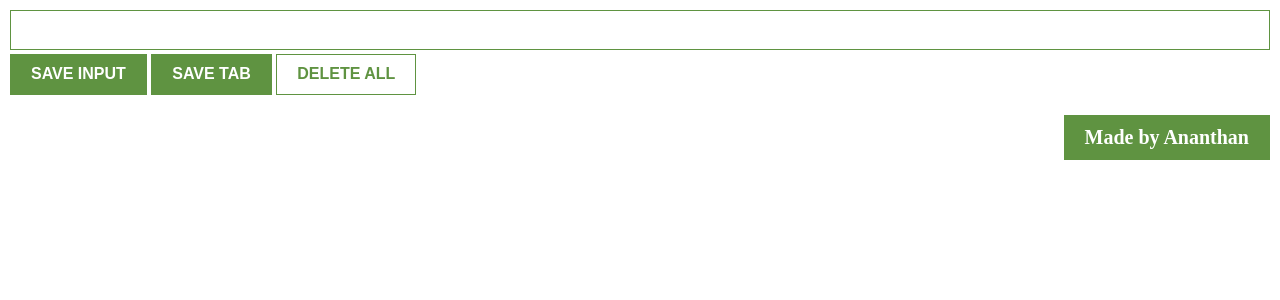
Repository: ananthantharma/Chrome-Extension
Page: index.html
The author's editor kept a copy of each file at every save. The page is drawn from the files as they stood at one save, then again after the next save.
The browser window is 1280 px wide. The pictures show the whole page.

Above is the page before, as saved 2022-07-20 23:19:13.

### index.html
<html>
    <head><link rel="stylesheet" href="https://cdnjs.cloudflare.com/ajax/libs/normalize/8.0.1/normalize.css">
        <link rel="stylesheet" href="index.css">

    </head>
    <body>
        <input type="text" id="input-el">
        <button id="input-btn">SAVE INPUT</button>
        <button id="tab-btn">SAVE TAB</button>
        <button id="delete-btn">DELETE ALL</button>
        <ul id="ul-el">
        </ul>
        <script src="index.js"></script>
    </body>
    <footer>
        <button id="ananthanMessage">Made by Ananthan</button>
    </footer>
</html>

### index.css
body {
    margin: 0;
    padding: 10px;
    font-family: Arial, Helvetica, sans-serif;
    min-width: 400px;
}
footer{
    font-family: 'Brush Script MT', cursive;
    font-size:20px;
    font-style:none;
    font-weight: normal;
    color: #5f9341;
    text-align: right;
}
input {
    width: 100%;
    padding: 10px;
    box-sizing: border-box;
    border: 1px solid #5f9341;
    margin-bottom: 4px;
}

button {
    background: #5f9341;
    color: white;
    padding: 10px 20px;
    border: 1px solid #5f9341;
    font-weight: bold;
}

#delete-btn {
    background: white;
    color: #5f9341;
}

ul {
    margin-top: 20px;
    list-style: none;
    padding-left: 0;
}

li {
    margin-top: 5px;
}

a {
    color: #5f9341;
}

#delete-icon {
    background: white;
    color: #5f9341;
    font-family: Arial, Helvetica, sans-serif;
    font-size:10px;

    margin: 0;
    padding: 0;
    margin-left: 4px;

    line-height: normal;
}
.small-btn{
    background: white;
    color: #5f9341;
    font-family: Arial, Helvetica, sans-serif;
    font-size:10px;

    margin: 0;
    padding: 0;
    margin-left: 4px;

    line-height: normal;
}

### index.js
let myLeads = []
const inputEl = document.getElementById("input-el")
const inputBtn = document.getElementById("input-btn")
const ulEl = document.getElementById("ul-el")
const deleteBtn = document.getElementById("delete-btn")
const leadsFromLocalStorage = JSON.parse( localStorage.getItem("myLeads") )
const tabBtn = document.getElementById("tab-btn")
const li=document.createElement("li")



if (leadsFromLocalStorage) {
    myLeads = leadsFromLocalStorage
    render(myLeads)
   }

tabBtn.addEventListener("click", function(){
    chrome.tabs.query({active: true, currentWindow: true}, function(tabs){
        myLeads.push(tabs[0].url)
        localStorage.setItem("myLeads", JSON.stringify(myLeads) )

        let a5=document.createElement('a')
        let list5 =document.createElement("li")
        let button5=document.createElement('button')

        button5.className="small-btn"
        button5.id="small-button"
        button5.innerHTML="Delete";
        button5.onclick=function(){
            list5.remove()
            let index = myLeads.indexOf(tabs[0].url);
            //if (index !== -1) {
                myLeads.splice(index, 1);
                localStorage.setItem("myLeads", JSON.stringify(myLeads) )
            //}
        }
        a5.innerHTML=tabs[0].url
        a5.title =tabs[0].url
        a5.href=tabs[0].url



        ulEl.appendChild(list5)
        list5.appendChild(a5)
        list5.appendChild(button5)



        })
    })

function render(leads) {
    for (let i = 0; i < leads.length; i++) {
        //li.appendChild(document.createTextNode(leads[i]));
        let a=document.createElement('a')
        let list =document.createElement("li")
        let button=document.createElement("button")
        button.className="small-btn"
        button.id="small-button"
        button.innerHTML="Delete";
        //*********************************************** */
        button.onclick=function(){
            list.remove()
            let index = myLeads.indexOf(leads[i]);
            //if (index !== -1) {
                myLeads.splice(index, 1);
                localStorage.setItem("myLeads", JSON.stringify(myLeads) )
            //}
        }

        a.innerHTML=leads[i]
        a.title =leads[i]
        a.href=leads[i]

        ulEl.appendChild(list)
        list.appendChild(a)
        list.appendChild(button)



        }

          }

          function removebutton(parent) {

                this.parentElement.remove();
            }

    deleteBtn.addEventListener("dblclick", function() {
        myLeads = []
        localStorage.clear()
        document.getElementById('ul-el').innerHTML = '';
        console.log(myLeads)
        })





    inputBtn.addEventListener("click", function() {
        myLeads.push(inputEl.value)
        localStorage.setItem("myLeads", JSON.stringify(myLeads))

        let a1=document.createElement('a')
        let list1=document.createElement("li")

        let button2=document.createElement('button')
        button2.className="small-btn"
        button2.id="small-button"
        a1.innerHTML=inputEl.value
        a1.title =inputEl.value
        a1.href=inputEl.value

        button2.innerHTML="Delete"
        button2.onclick=function(){
            list1.remove()
            let index = myLeads.indexOf(inputEl.value);
            //if (index !== -1) {
                myLeads.splice(index, 1);
                localStorage.setItem("myLeads", JSON.stringify(myLeads) )
            //}
        }


        ulEl.appendChild(list1);
        list1.appendChild(a1)
        list1.appendChild(button2)


        inputEl.value = ""


        console.log(myLeads)
        })



        /* removeBtn && removeBtn.addEventListener("click", function(){
            myLeads.splice(this.i, 1);
            localStorage.setItem("myLeads", JSON.stringify(myLeads) )
            render(myLeads)
        }) */

     /*    function removebutton(i){
            myLeads.splice(i, 1);
            localStorage.setItem("myLeads", JSON.stringify(myLeads) )
            render(myLeads)
        } */

After the next save:
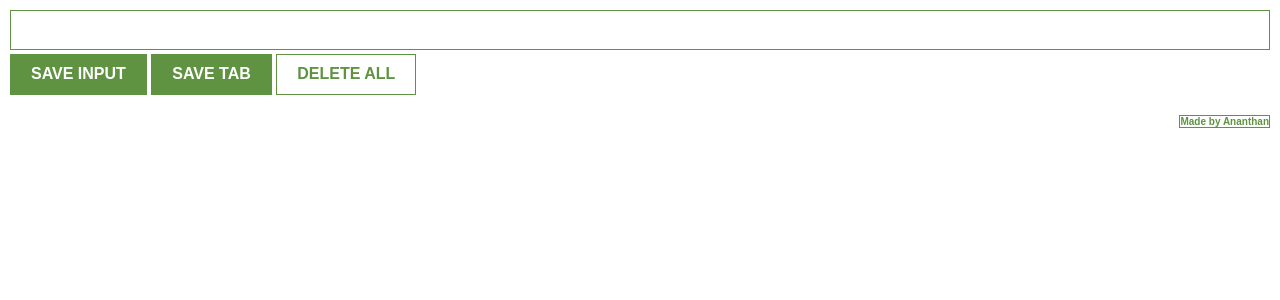
Saved 53 s later.
--- a/index.css
+++ b/index.css
@@ -71,3 +71,14 @@ a {
 
     line-height: normal;
 }
+#ananthanMessage {
+    background: white;
+    color: #5f9341;
+    font-family: Arial, Helvetica, sans-serif;
+    font-size:10px;
+
+    margin: 0;
+    padding: 0;
+    margin-left: 4px;
+
+    line-height: normal;
